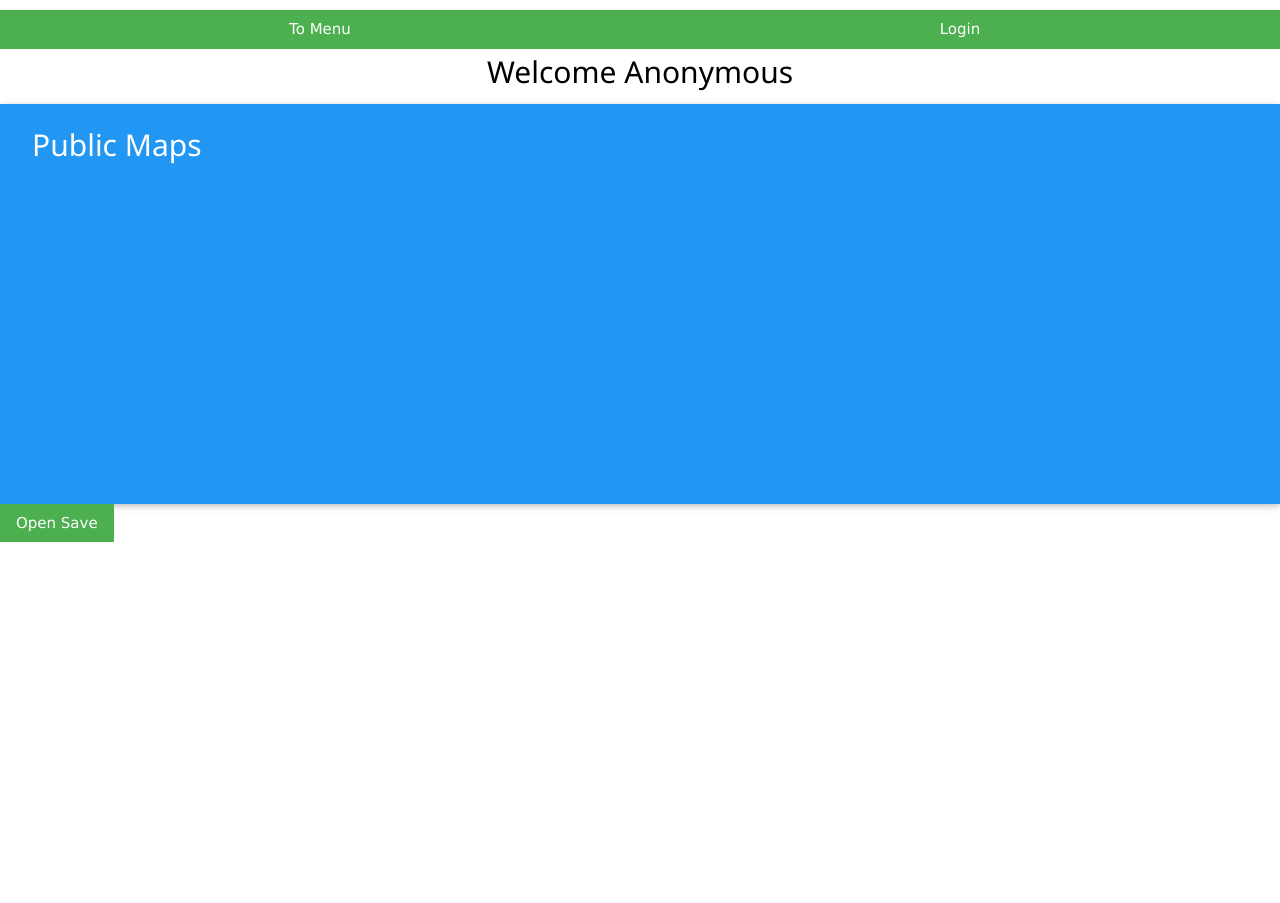
Repository: ReactorDevelopment/environment
Page: public/database.html
The author's editor kept a record of every edit. The page is drawn from the files as they stood at one moment, then again after the next edit.
The browser window is 1280 px wide. The pictures show the whole page.
The page's requests for data from a server got no answer.

Above is the page before.

After the next edit:
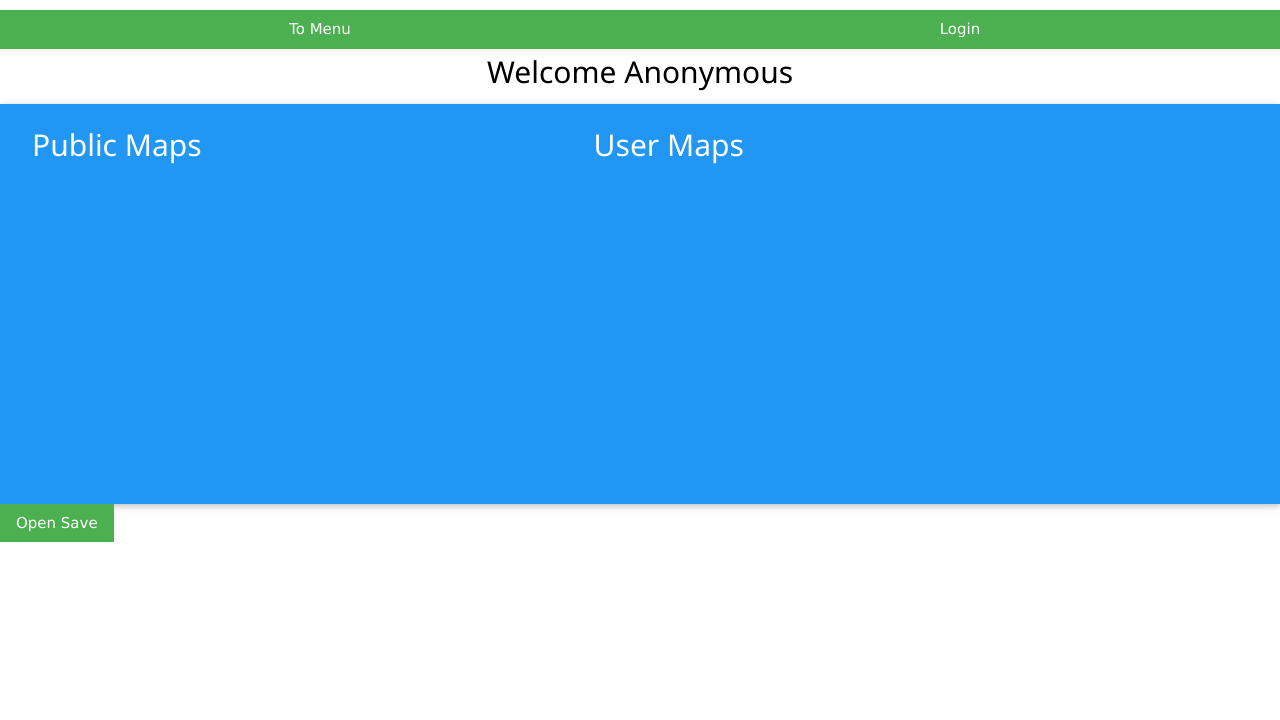
The edit:
--- a/public/database.html
+++ b/public/database.html
@@ -13,7 +13,7 @@
         </div>
         <h2 id="welcome" class="w3-center"></h2>
         <div style="height:400px; width:100%; margin: auto;" class="w3-container w3-blue w3-card">
-            <ul id="saveHolder" class="w3-ul" style="width:45%; height:100%; overflow:auto;">
+            <ul id="saveHolder" class="w3-ul w3-half" style="width:45%; height:100%; overflow:auto;">
                 <li><h2>Public Maps</h2></li>
             </ul>
             <ul id="userSaveHolder" class="w3-ul" style="width:45%; height:100%; overflow:auto;">
